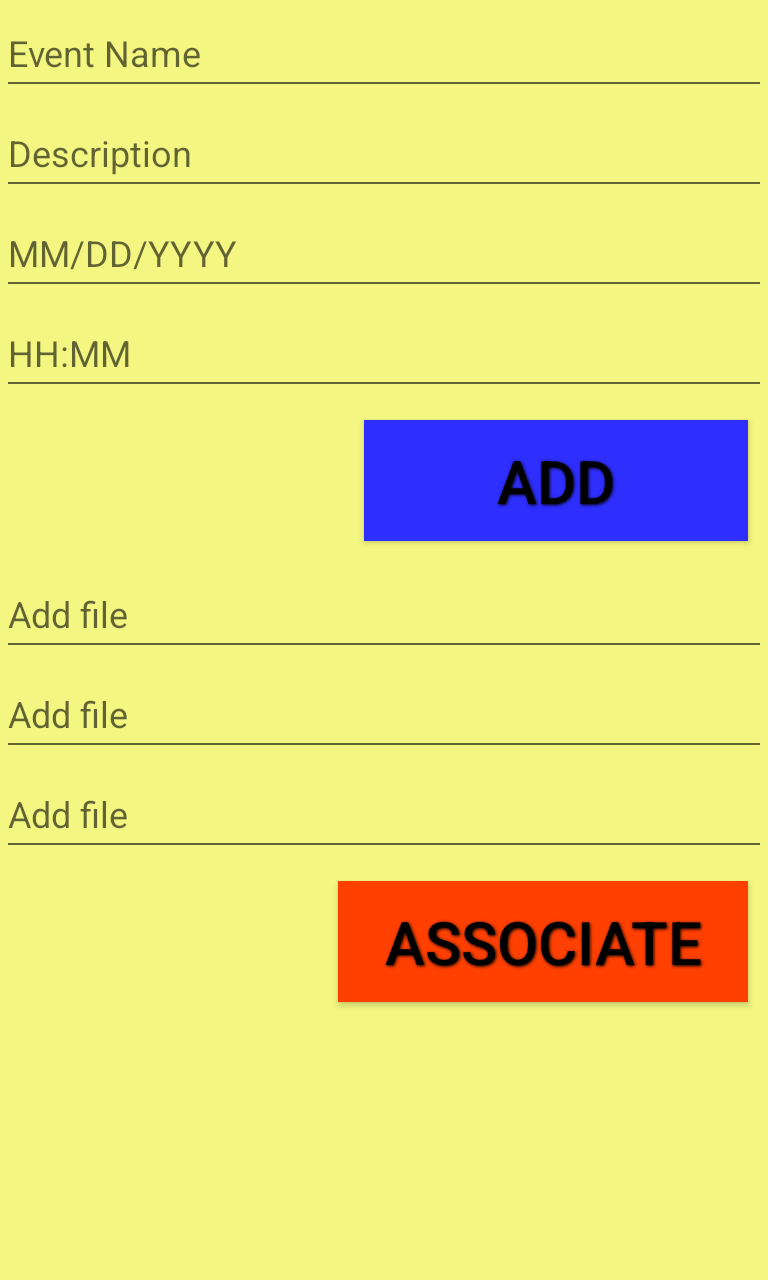
Repository: bluenavy/requirements
Layout: workspace/RetentionScheduler/res/layout/create_event.xml
These files come from the project's save history. The layout is drawn as it stood at one moment and after the next save; the edit follows.
It is drawn on a 768 x 1280 px phone screen (xhdpi) without system bars, with theme AppTheme; the app's code is not run.

Above is the layout before, as saved 2015-03-20 17:28:37.

After the next save:
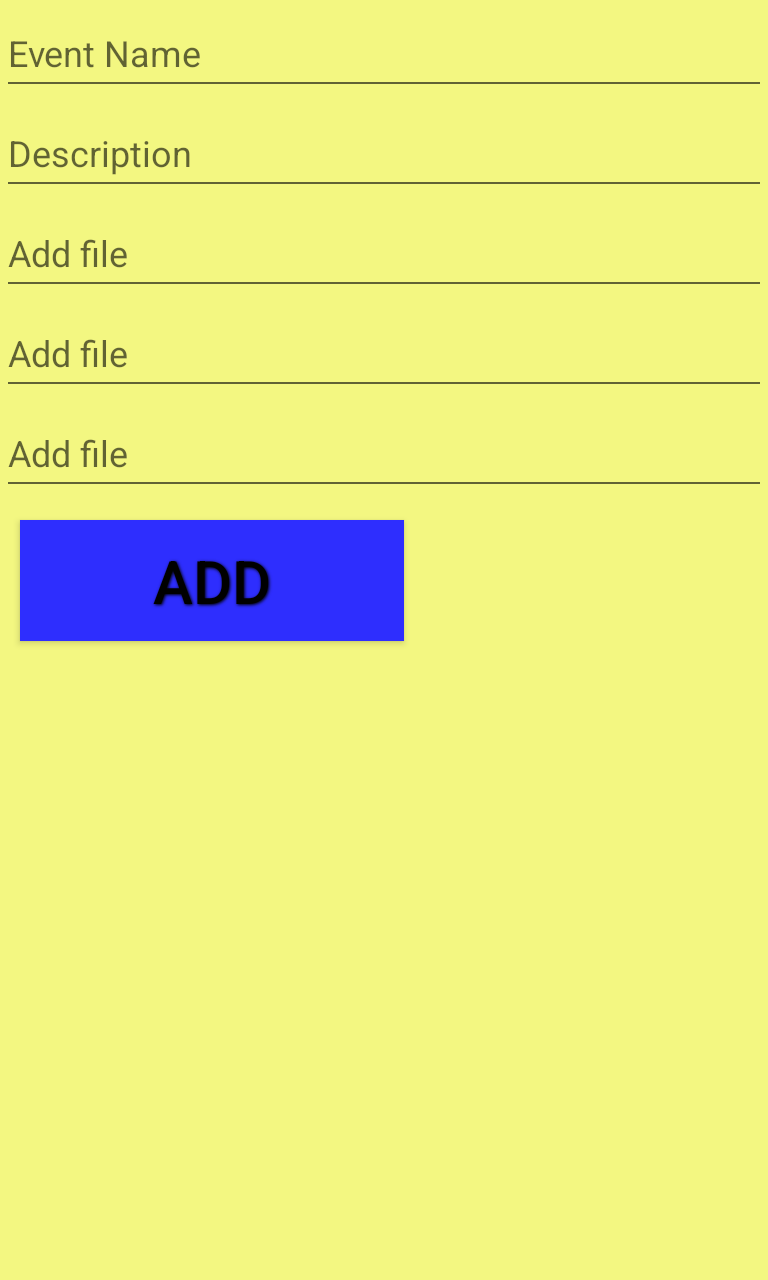
Saved 9 min 15 s later.
--- a/workspace/RetentionScheduler/res/layout/create_event.xml
+++ b/workspace/RetentionScheduler/res/layout/create_event.xml
@@ -21,33 +21,6 @@
 	    android:hint="@string/hint_desc"/>
 
     <EditText
-       	android:id="@+id/dated"
-	    android:layout_width="match_parent"
-	    android:layout_height="50dp"
-        android:textColor="#000000"
-	    android:hint="@string/hint_date"/>
-
-    <EditText
-       	android:id="@+id/time"
-	    android:layout_width="match_parent"
-	    android:layout_height="50dp"
-        android:textColor="#000000"
-	    android:hint="@string/hint_time"/>
-
-    <Button
-        android:id="@+id/add_events"
-        style="@style/ButtonText"
-        android:layout_width="192dp"
-        android:layout_height="wrap_content"
-      	android:layout_gravity="end"
-        android:textColor="#000000"
-        android:padding="10dp"
-        android:onClick="onClick"
-        android:text="Add"
-        android:background="#2E2EFE"
-        />
-
-    <EditText
         android:id="@+id/file"
         android:layout_width="match_parent"
     	android:layout_height="50dp"
@@ -69,16 +42,14 @@
         android:hint="Add file"/>
 
     <Button
-        android:id="@+id/associate_notes"
+        android:id="@+id/add_events"
         style="@style/ButtonText"
-        android:layout_width="205dp"
+        android:layout_width="192dp"
         android:layout_height="wrap_content"
-        android:layout_marginLeft="50dp"
-        android:layout_marginRight="50dp"
-        android:textColor="#000000"
+        android:background="#2E2EFE"
+        android:onClick="onClick"
         android:padding="10dp"
-        android:text="Associate"
-        android:layout_gravity="right"
-        android:background="#FF4000"/>
+        android:text="Add"
+        android:textColor="#000000" />
 
 </LinearLayout>
